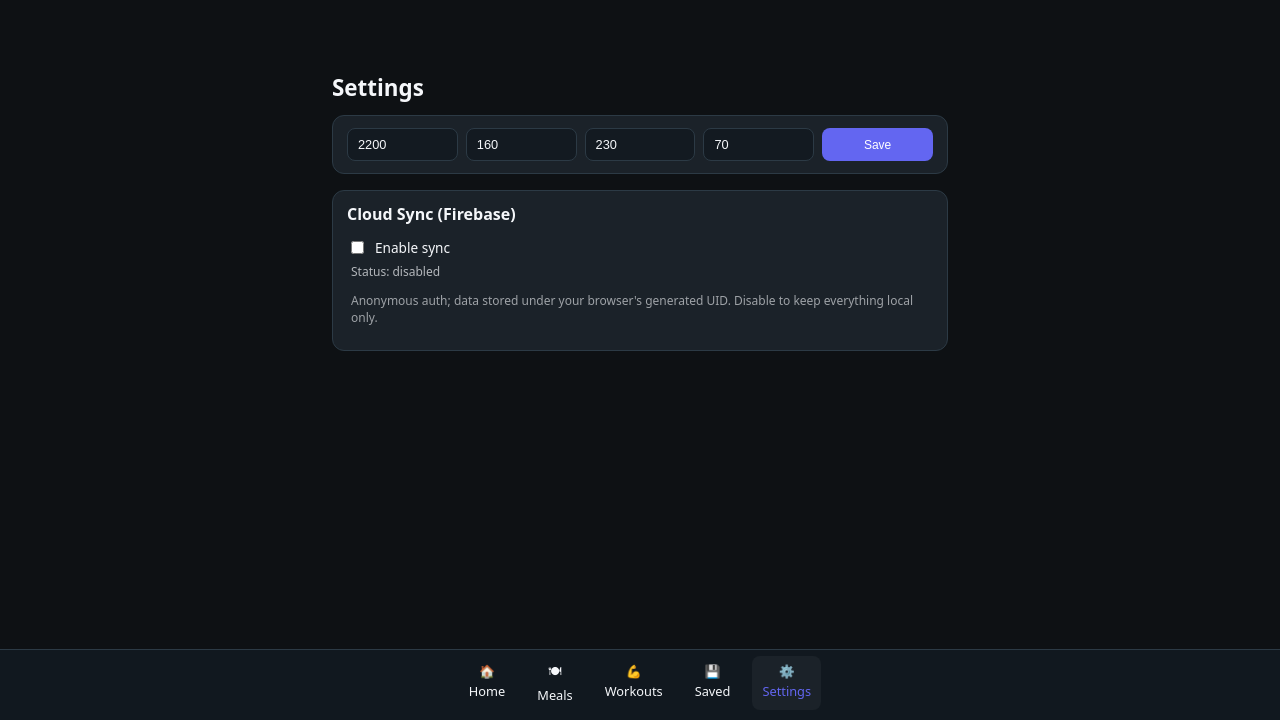
Repository: Ethxmnhz/minpline
Page: /settings
An editor plug-in stored every save of this project. The page is shown before and after the next save, followed by the edit.
The browser window is 1280 px wide. The pictures show the whole page.
The project was rebuilt for these pictures with package versions that can differ from the ones it lists, and the page was loaded fresh each time. Also part of the build but not shown: vite.config.ts, src/ui/ProgressBar.tsx, src/data/foods-indian.ts, src/services/nutritionApi.ts, src/ui/QuickFoodAdd.tsx, src/pages/Dashboard.tsx, src/pages/Meals.tsx, src/pages/Workouts.tsx and 1 more.

Above is the page before, as saved 2025-09-14 22:36:16.

### index.html
<!doctype html>
<html lang="en">
<head>
  <meta charset="UTF-8" />
  <link rel="icon" type="image/svg+xml" href="/favicon.svg" />
  <meta name="viewport" content="width=device-width, initial-scale=1, maximum-scale=1" />
  <title>Tracker</title>
  <meta name="theme-color" content="#101418" />
  <link rel="manifest" href="/manifest.webmanifest" />
  <style>
    body { margin:0; font-family: system-ui,-apple-system,Segoe UI,Roboto,Helvetica,Arial,sans-serif; background:#0e1114; color:#f5f7fa; }
    #root { min-height:100dvh; }
  </style>
</head>
<body>
  <div id="root"></div>
  <script type="module" src="/src/main.tsx"></script>
</body>
</html>

### src/main.tsx
import React from 'react';
import { createRoot } from 'react-dom/client';
import { App } from './pages/App';
import './styles.css';

createRoot(document.getElementById('root')!).render(<App />);

### src/pages/App.tsx
import React from 'react';
import { BrowserRouter, Routes, Route, Navigate } from 'react-router-dom';
import { Dashboard } from './Dashboard';
import { Meals } from './Meals';
import { Workouts } from './Workouts';
import { SavedMeals } from './SavedMeals';
import { Settings } from './Settings';
import { NavBar } from '../ui/NavBar';
import { CloudSync } from '../services/cloudSync';

export const App: React.FC = () => {
  return (
    <BrowserRouter>
      <div className="app-shell">
        <div className="view">
          <Routes>
            <Route path="/" element={<Navigate to="/dashboard" replace />} />
            <Route path="/dashboard" element={<Dashboard />} />
            <Route path="/meals" element={<Meals />} />
            <Route path="/workouts" element={<Workouts />} />
            <Route path="/saved" element={<SavedMeals />} />
            <Route path="/settings" element={<Settings />} />
            <Route path="*" element={<div style={{padding:16}}>Not found</div>} />
          </Routes>
        </div>
        <NavBar />
        <CloudSync />
      </div>
    </BrowserRouter>
  );
};

### src/styles.css
:root {
  --color-bg:#0e1114; --color-surface:#1b2229; --color-border:#2c3a45; --color-text:#f5f7fa; --color-accent:#6366f1;
  --color-cal:#ffb347; --color-protein:#4ade80; --color-carbs:#60a5fa; --color-fats:#f472b6;
  --radius:12px; --transition:150ms;
}
* { box-sizing: border-box; }
body { font-family: system-ui,-apple-system,Segoe UI,Roboto,Helvetica,Arial,sans-serif; background:var(--color-bg); color:var(--color-text); }
.app-shell { display:flex; flex-direction:column; min-height:100dvh; padding-bottom:64px; }
.view { flex:1; width:100%; max-width:640px; margin:0 auto; padding:12px 12px 32px; }
.page h1 { font-size:1.4rem; margin:0 0 12px; }
.card { background:var(--color-surface); padding:12px 14px; border-radius:var(--radius); margin-bottom:12px; border:1px solid var(--color-border); }
.summary-grid { display:grid; grid-template-columns:repeat(2,1fr); gap:10px; }
.metric { font-weight:600; margin-top:4px; }
.list { list-style:none; padding:0; margin:6px 0 0; }
.list li { padding:8px 4px; display:flex; align-items:center; justify-content:space-between; border-bottom:1px solid #22313d; font-size:.9rem; }
.list li:last-child { border-bottom:none; }
.small { opacity:.7; font-size:.75rem; margin-left:4px; }
.nav-bar { position:fixed; bottom:0; left:0; right:0; display:flex; justify-content:space-around; background:#11181f; padding:6px 4px 10px; border-top:1px solid var(--color-border); }
.nav-bar a { color:var(--color-text); text-decoration:none; font-size:.8rem; display:flex; flex-direction:column; align-items:center; gap:2px; padding:6px 10px; border-radius:8px; }
.nav-bar a.active { background:var(--color-surface); color:var(--color-accent); }
.form-grid { display:grid; gap:8px; grid-template-columns:repeat(auto-fill,minmax(110px,1fr)); }
.form-grid input { background:#131a21; border:1px solid var(--color-border); color:var(--color-text); padding:8px 10px; border-radius:8px; font-size:.8rem; }
.btn { background:#25323d; border:none; color:var(--color-text); padding:8px 12px; border-radius:8px; cursor:pointer; font-size:.75rem; font-weight:500; }
.btn.primary { background:var(--color-accent); color:#fff; }
.btn.tiny { padding:4px 8px; font-size:.65rem; }
.btn:active { transform:translateY(1px); }
.progress-bar { height:8px; width:100%; background:#12191f; border-radius:6px; overflow:hidden; margin-top:6px; }
.progress-bar .fill { height:100%; background:var(--color-accent); transition:width var(--transition) linear; }
.row { display:flex; }
.gap { gap:8px; }
.quick-add-overlay { position:fixed; inset:0; background:rgba(0,0,0,.55); display:flex; align-items:flex-end; justify-content:center; z-index:50; }
.quick-add-sheet { width:100%; max-width:640px; background:var(--color-surface); border-radius:16px 16px 0 0; padding:14px 14px 40px; box-shadow:0 -4px 24px -8px rgba(0,0,0,.7); max-height:85dvh; overflow-y:auto; }
.qa-header { display:flex; justify-content:space-between; align-items:center; margin-bottom:8px; }
.qa-section { margin-top:12px; }
.qa-subtitle { font-size:.75rem; text-transform:uppercase; letter-spacing:.05em; opacity:.7; margin-bottom:4px; }
@media (min-width:640px){ .nav-bar { position:sticky; bottom:auto; top:0; justify-content:center; gap:12px; } .app-shell { padding-top:60px; padding-bottom:0; } }

### src/pages/Settings.tsx
import React, { useState } from 'react';
import { useStore } from '../state/store';

export const Settings: React.FC = () => {
  const goals = useStore(s => s.goals);
  const setGoals = useStore(s => s.setGoals);
  const [draft, setDraft] = useState(goals);
  const cloudEnabled = useStore(s => s.cloudEnabled);
  const enableCloud = useStore(s => s.enableCloud);
  const cloudStatus = useStore(s => s.cloudStatus);
  const lastSync = useStore(s => s.lastSync);

  const save = () => {
    setGoals(draft);
  };

  return (
    <div className="page">
      <h1>Settings</h1>
      <div className="card form-grid">
  <input type="number" placeholder="Calories" value={draft.calories} onChange={e=>setDraft((d: typeof goals)=>({...d,calories:+e.target.value}))} />
  <input type="number" placeholder="Protein" value={draft.protein} onChange={e=>setDraft((d: typeof goals)=>({...d,protein:+e.target.value}))} />
  <input type="number" placeholder="Carbs" value={draft.carbs} onChange={e=>setDraft((d: typeof goals)=>({...d,carbs:+e.target.value}))} />
  <input type="number" placeholder="Fats" value={draft.fats} onChange={e=>setDraft((d: typeof goals)=>({...d,fats:+e.target.value}))} />
        <button className="btn primary" onClick={save}>Save</button>
      </div>
      <div className="card" style={{marginTop:16}}>
        <h2 style={{marginTop:0, fontSize:'1rem'}}>Cloud Sync (Firebase)</h2>
        <label style={{display:'flex', alignItems:'center', gap:8, fontSize:'.85rem'}}>
          <input type="checkbox" checked={cloudEnabled} onChange={e=>enableCloud(e.target.checked)} /> Enable sync
        </label>
        <div className="small" style={{marginTop:6, opacity:.7}}>
          Status: {cloudStatus}{lastSync && cloudStatus!=='syncing' ? ` • Last ${new Date(lastSync).toLocaleTimeString()}` : ''}
        </div>
        <p className="small" style={{opacity:.6}}>Anonymous auth; data stored under your browser's generated UID. Disable to keep everything local only.</p>
      </div>
    </div>
  );
};

### src/ui/NavBar.tsx
import React from 'react';
import { NavLink } from 'react-router-dom';

export const NavBar: React.FC = () => {
  return (
    <nav className="nav-bar">
      <NavLink to="/dashboard">🏠<span>Home</span></NavLink>
      <NavLink to="/meals">🍽<span>Meals</span></NavLink>
      <NavLink to="/workouts">💪<span>Workouts</span></NavLink>
      <NavLink to="/saved">💾<span>Saved</span></NavLink>
      <NavLink to="/settings">⚙️<span>Settings</span></NavLink>
    </nav>
  );
};

### src/services/cloudSync.tsx
import { useEffect, useRef } from 'react';
import { useStore } from '../state/store';
import { ensureAnonAuth, loadUserData, saveUserData, subscribeUserData } from './firebase';

// Hook component mounted once in App to manage cloud sync side-effects.
export function CloudSync() {
  const cloudEnabled = useStore(s => s.cloudEnabled);
  const exportData = useStore(s => s.exportData);
  const importData = useStore(s => s.importData);
  const markSyncing = useStore(s => s.markSyncing);
  const markSynced = useStore(s => s.markSynced);
  const markSyncError = useStore(s => s.markSyncError);
  const cloudStatus = useStore(s => s.cloudStatus);
  const setCloudError = useStore(s => s.setCloudError);
  const enableCloud = useStore(s => s.enableCloud);

  const unsubRef = useRef<() => void>();
  const lastPushRef = useRef<number>(0);
  const uidRef = useRef<string|null>(null);
  const lastSnapshotRef = useRef<string>('');

  // Initial connect / subscribe
  useEffect(() => {
    if (!cloudEnabled) {
      if (unsubRef.current) { unsubRef.current(); unsubRef.current = undefined; }
      return;
    }
    let cancelled = false;
    (async () => {
      try {
        markSyncing();
        const uid = await ensureAnonAuth();
        if (!uid) {
          setCloudError('Anonymous auth blocked (admin restricted). Enable anonymous auth in Firebase Console or use a different auth method.');
          enableCloud(false);
          return;
        }
        if (cancelled) return;
        uidRef.current = uid;
        // initial load
        const remote = await loadUserData(uid);
        if (remote) {
          importData(remote);
          lastSnapshotRef.current = JSON.stringify(remote);
        } else {
          // push current local if empty remote
          await saveUserData(uid, exportData());
          lastSnapshotRef.current = JSON.stringify(exportData());
        }
        markSynced();
        // live subscribe
        unsubRef.current = subscribeUserData(uid, data => {
          if (!data) return;
          const serialized = JSON.stringify(data);
            if (serialized !== lastSnapshotRef.current) {
              // remote changed (not from this client) => merge (simple overwrite strategy)
              importData(data);
              lastSnapshotRef.current = serialized;
            }
        });
      } catch (e) {
  console.error('Cloud sync init failed', e);
  setCloudError((e as any)?.message || 'Cloud sync failed');
  markSyncError();
      }
    })();
    return () => { cancelled = true; if (unsubRef.current) unsubRef.current(); };
  }, [cloudEnabled]);

  // Push local changes debounced (observe slices)
  const meals = useStore(s => s.meals);
  const workouts = useStore(s => s.workouts);
  const mealTemplates = useStore(s => s.mealTemplates);
  const workoutSets = useStore(s => s.workoutSets);
  const goals = useStore(s => s.goals);

  useEffect(() => {
    if (!cloudEnabled || !uidRef.current) return;
    const now = Date.now();
    // debounce ~1.5s
    const delay = 1500;
    const timer = setTimeout(async () => {
      try {
        markSyncing();
        const payload = exportData();
        const serialized = JSON.stringify(payload);
        if (serialized === lastSnapshotRef.current) {
          markSynced();
          return;
        }
        await saveUserData(uidRef.current!, payload);
        lastSnapshotRef.current = serialized;
        markSynced();
      } catch (e) {
        console.error('Cloud push failed', e);
        markSyncError();
      }
    }, delay);
    return () => clearTimeout(timer);
  }, [cloudEnabled, meals, workouts, mealTemplates, workoutSets, goals]);

  return null;
}

### src/state/store.ts
import { create } from 'zustand';
import { persist } from 'zustand/middleware';
import { addDays, startOfDay } from 'date-fns';
import { Meal, MealTemplate, Workout, Goals, MealInput, WorkoutInput } from '../types';
import { nanoid } from '../util/id';

export interface TrackerState {
  today: Date;
  goals: Goals;
  meals: Meal[];
  workouts: Workout[];
  mealTemplates: MealTemplate[];
  workoutSets: Record<string, { pushups: number; pullups: number; legs: number; }>;
  cloudEnabled: boolean;
  cloudStatus: 'idle'|'syncing'|'error'|'disabled';
  lastSync: number | null;
  cloudError?: string | null;
  setToday: (d: Date) => void;
  addMeal: (m: Meal) => void;
  addWorkout: (w: Workout) => void;
  saveMealTemplate: (t: MealTemplate) => void;
  removeMeal: (id: string) => void;
  removeWorkout: (id: string) => void;
  updateMeal: (id: string, data: Partial<Meal>) => void;
  updateWorkout: (id: string, data: Partial<Workout>) => void;
  setGoals: (g: Goals) => void;
  totalsForDate: (d: Date) => {
    meals: Meal[];
    workouts: Workout[];
    calories: number;
    protein: number;
    carbs: number;
    fats: number;
    workoutCalories: number;
  };
  quickAddTemplate: (templateId: string) => void;
  bulkAddMeals: (inputs: MealInput[]) => void;
  addFromTemplateWithMultiplier: (templateId: string, multiplier: number) => void;
  setWorkoutSetCount: (date: Date, kind: 'pushups'|'pullups'|'legs', count: number) => void;
  enableCloud: (v: boolean) => void;
  markSyncing: () => void;
  markSynced: () => void;
  markSyncError: () => void;
  setCloudError: (msg: string|null) => void;
  exportData: () => any;
  importData: (data: any) => void;
}

const todayStart = () => startOfDay(new Date());

export const useStore = create<TrackerState>()(persist((set, get) => ({
  today: todayStart(),
  goals: { calories: 2200, protein: 160, carbs: 230, fats: 70 },
  meals: [],
  workouts: [],
  mealTemplates: [],
  workoutSets: {},
  cloudEnabled: false,
  cloudStatus: 'disabled',
  lastSync: null,
  cloudError: null,
  setToday: (d) => set({ today: startOfDay(d) }),
  addMeal: (m) => set(s => ({ meals: [...s.meals, m] })),
  addWorkout: (w) => set(s => ({ workouts: [...s.workouts, w] })),
  saveMealTemplate: (t) => set(s => ({ mealTemplates: [...s.mealTemplates.filter(x=>x.name!==t.name), t] })),
  removeMeal: (id) => set(s => ({ meals: s.meals.filter(m => m.id !== id) })),
  removeWorkout: (id) => set(s => ({ workouts: s.workouts.filter(w => w.id !== id) })),
  updateMeal: (id, data) => set(s => ({ meals: s.meals.map(m => m.id === id ? { ...m, ...data, id: m.id } : m) })),
  updateWorkout: (id, data) => set(s => ({ workouts: s.workouts.map(w => w.id === id ? { ...w, ...data, id: w.id } : w) })),
  setGoals: (g) => set({ goals: g }),
  totalsForDate: (d) => {
    const day = startOfDay(d).toISOString();
    const meals = get().meals.filter(m => startOfDay(new Date(m.date)).toISOString() === day);
    const workouts = get().workouts.filter(w => startOfDay(new Date(w.date)).toISOString() === day);
    const calories = meals.reduce((a,b)=>a+b.calories,0);
    const protein = meals.reduce((a,b)=>a+b.protein,0);
    const carbs = meals.reduce((a,b)=>a+b.carbs,0);
    const fats = meals.reduce((a,b)=>a+b.fats,0);
    const workoutCalories = workouts.reduce((a,b)=>a+b.calories,0);
    return { meals, workouts, calories, protein, carbs, fats, workoutCalories };
  },
  quickAddTemplate: (templateId) => {
    const t = get().mealTemplates.find(t=>t.id===templateId);
    if (!t) return;
  get().addMeal({ ...t, id: nanoid(), date: new Date().toISOString() });
  },
  bulkAddMeals: (inputs) => set(s => ({ meals: [...s.meals, ...inputs.map(i => ({ id: nanoid(), date: new Date().toISOString(), ...i }))] })),
  addFromTemplateWithMultiplier: (templateId, multiplier) => {
    const t = get().mealTemplates.find(t=>t.id===templateId);
    if (!t) return;
    const scaled: Meal = { id: nanoid(), date: new Date().toISOString(), name: t.name, calories: Math.round(t.calories*multiplier), protein: Math.round(t.protein*multiplier), carbs: Math.round(t.carbs*multiplier), fats: Math.round(t.fats*multiplier) };
    get().addMeal(scaled);
  },
  setWorkoutSetCount: (date, kind, count) => set(s => {
    const key = startOfDay(date).toISOString();
    const existing = s.workoutSets[key] || { pushups:0, pullups:0, legs:0 };
    return { workoutSets: { ...s.workoutSets, [key]: { ...existing, [kind]: count } } };
  }),
  enableCloud: (v) => set(s => ({ cloudEnabled: v, cloudStatus: v ? 'idle' : 'disabled' })),
  markSyncing: () => set({ cloudStatus: 'syncing' }),
  markSynced: () => set({ cloudStatus: 'idle', lastSync: Date.now() }),
  markSyncError: () => set({ cloudStatus: 'error' }),
  setCloudError: (msg) => set({ cloudError: msg }),
  exportData: () => {
    const s = get();
    return {
      version: 1,
      goals: s.goals,
      meals: s.meals,
      workouts: s.workouts,
      mealTemplates: s.mealTemplates,
      workoutSets: s.workoutSets
    };
  },
  importData: (data: any) => {
    if (!data || typeof data !== 'object') return;
    set(s => ({
      goals: data.goals || s.goals,
      meals: Array.isArray(data.meals) ? data.meals : s.meals,
      workouts: Array.isArray(data.workouts) ? data.workouts : s.workouts,
      mealTemplates: Array.isArray(data.mealTemplates) ? data.mealTemplates : s.mealTemplates,
      workoutSets: data.workoutSets || s.workoutSets
    }));
  }
}), { name: 'tracker-store-v1',
  migrate: (persisted: any) => {
    if (persisted && persisted.today && typeof persisted.today === 'string') {
      try { persisted.today = new Date(persisted.today); } catch {}
    }
    return persisted;
  }
}));

### src/util/id.ts
export const nanoid = () => Math.random().toString(36).slice(2,10);

### src/services/firebase.ts
// Firebase initialization (client-side). Keys here are public identifiers.
// IMPORTANT: Do not store secrets in client code. This config only identifies the project.
import { initializeApp } from 'firebase/app';
import { getAuth, signInAnonymously, onAuthStateChanged } from 'firebase/auth';
import { getDatabase, ref, get, set, onValue } from 'firebase/database';

const firebaseConfig = {
  apiKey: 'AIzaSyDX25nwzQc-STovWztgtw2aCycvWXJxA3Y',
  authDomain: 'dash-13064.firebaseapp.com',
  databaseURL: 'https://dash-13064-default-rtdb.firebaseio.com',
  projectId: 'dash-13064',
  storageBucket: 'dash-13064.appspot.com',
  messagingSenderId: '409540597555',
  appId: '1:409540597555:web:5cc48d3ab4046fbd309046',
  measurementId: 'G-78JL7PXFPJ'
};

const app = initializeApp(firebaseConfig);
export const auth = getAuth(app);
export const db = getDatabase(app);

export async function ensureAnonAuth(): Promise<string | null> {
  if (auth.currentUser) return auth.currentUser.uid;
  try {
    await signInAnonymously(auth);
  } catch (e: any) {
    console.warn('Anonymous auth failed', e?.code || e?.message || e);
    return null;
  }
  return new Promise(resolve => {
    const unsub = onAuthStateChanged(auth, usr => { if (usr) { resolve(usr.uid); unsub(); } });
  });
}

export async function loadUserData(uid: string) {
  const snapshot = await get(ref(db, `users/${uid}/trackerData`));
  return snapshot.exists() ? snapshot.val() : null;
}

export async function saveUserData(uid: string, data: any) {
  await set(ref(db, `users/${uid}/trackerData`), data);
}

export function subscribeUserData(uid: string, cb: (data: any)=>void) {
  const r = ref(db, `users/${uid}/trackerData`);
  return onValue(r, snap => cb(snap.val()));
}

After the next save:
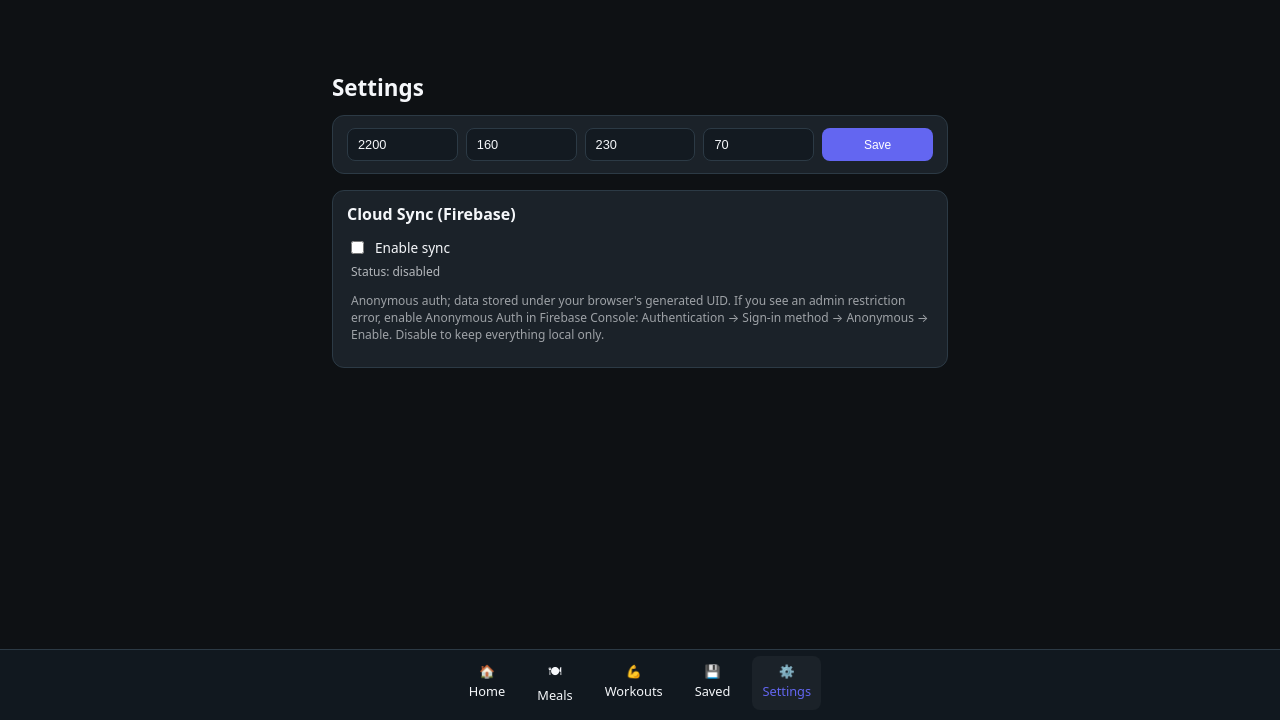
Saved 10 s later.
--- a/src/pages/Settings.tsx
+++ b/src/pages/Settings.tsx
@@ -9,6 +9,7 @@ export const Settings: React.FC = () => {
   const enableCloud = useStore(s => s.enableCloud);
   const cloudStatus = useStore(s => s.cloudStatus);
   const lastSync = useStore(s => s.lastSync);
+  const cloudError = useStore(s => s.cloudError);
 
   const save = () => {
     setGoals(draft);
@@ -32,7 +33,8 @@ export const Settings: React.FC = () => {
         <div className="small" style={{marginTop:6, opacity:.7}}>
           Status: {cloudStatus}{lastSync && cloudStatus!=='syncing' ? ` • Last ${new Date(lastSync).toLocaleTimeString()}` : ''}
         </div>
-        <p className="small" style={{opacity:.6}}>Anonymous auth; data stored under your browser's generated UID. Disable to keep everything local only.</p>
+        {cloudError && <div className="small" style={{color:'#f87171', marginTop:6}}>{cloudError}</div>}
+        <p className="small" style={{opacity:.6}}>Anonymous auth; data stored under your browser's generated UID. If you see an admin restriction error, enable Anonymous Auth in Firebase Console: Authentication → Sign-in method → Anonymous → Enable. Disable to keep everything local only.</p>
       </div>
     </div>
   );
